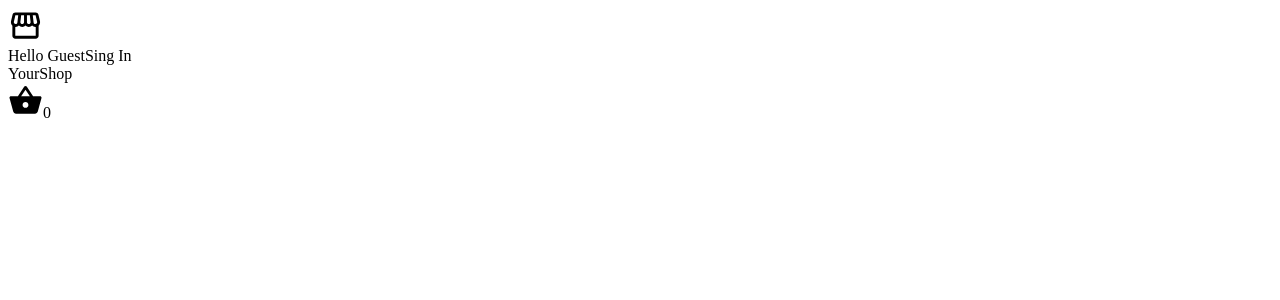
Repository: Mizaeldouglas/eshop-react
Page: /
The author's editor kept a copy of each file at every save. The page is drawn from the files as they stood at one save, then again after the next save.
The browser window is 1280 px wide. The pictures show the whole page.
The project was rebuilt for these pictures with package versions that can differ from the ones it lists, and the page was loaded fresh each time. Also part of the build but not shown: src/App.css.

Above is the page before, as saved 2022-07-08 15:07:34.

After the next save:
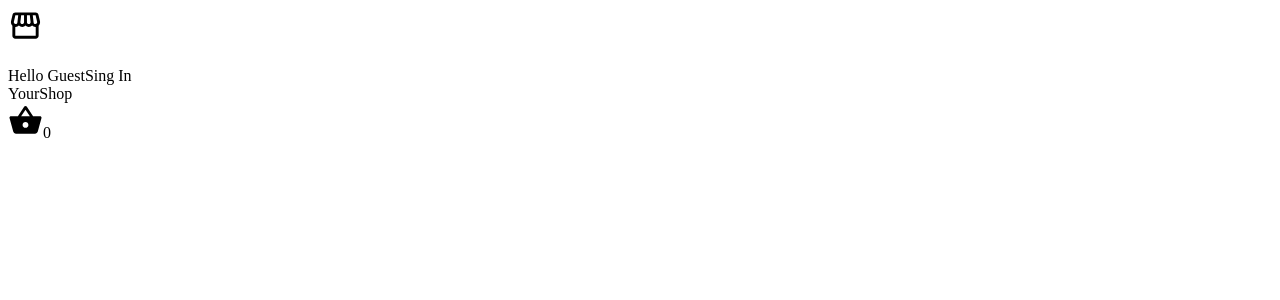
Saved 53 s later.
--- a/src/App.js
+++ b/src/App.js
@@ -7,6 +7,7 @@
     <div className="App">
       <div className='header__logo'>
 		<StorefrontIcon  className='header__logoImage' fontSize="large"/>
+		<h2 className="header__logoTitle"></h2>
 	  </div>
 	  <div className="header__search">
 
